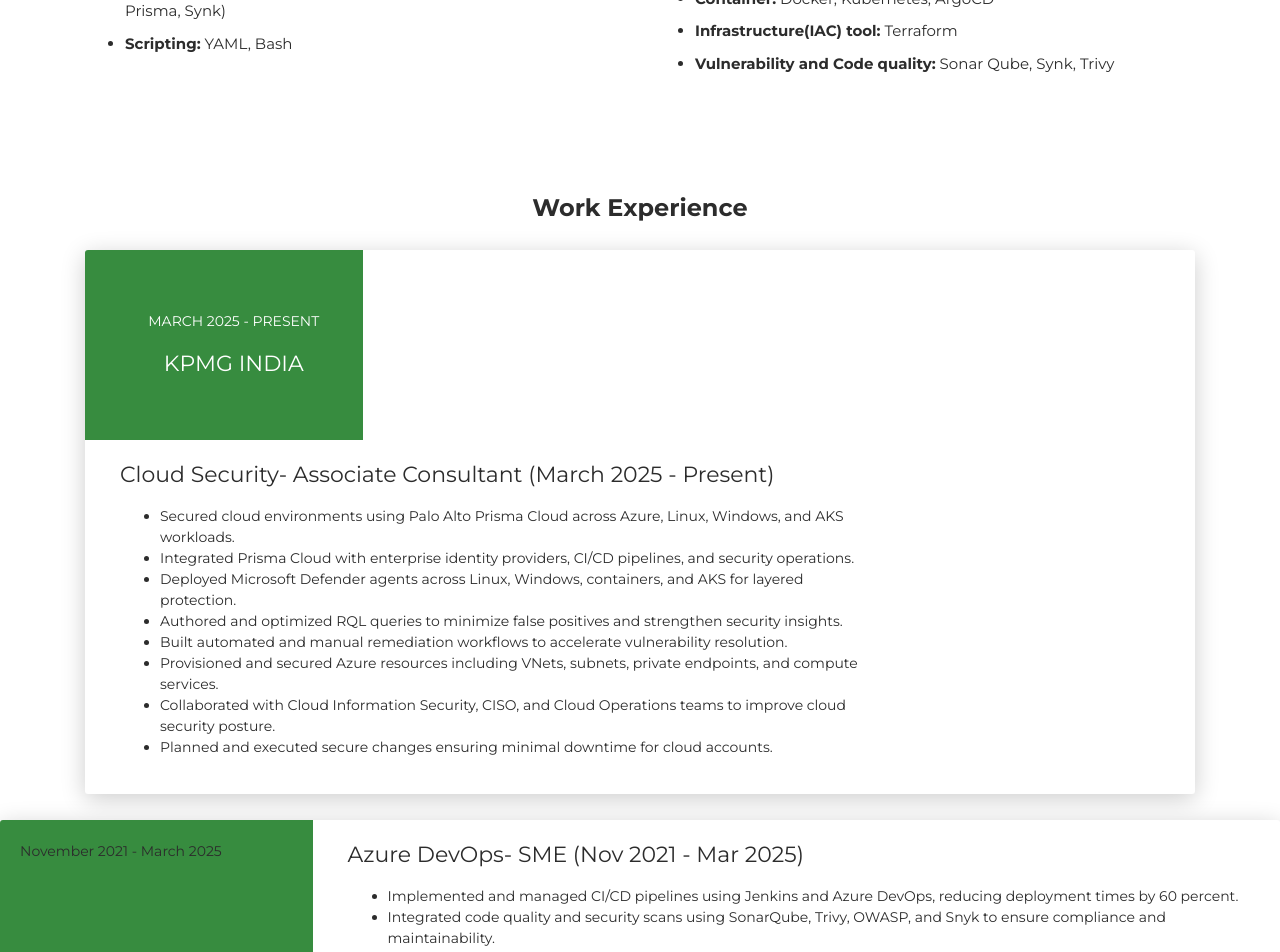
Repository: kparunsagar/kparunsagar.github.io
Page: index.html
The author's editor kept a copy of each file at every save. The page is drawn from the files as they stood at one save, then again after the next save.
The browser window is 1280 px wide. The pictures show the part of the page from y = 1149 to 2101 px (the page is 4654 px tall before and 4485 px after).
Some web libraries are served in a nearby version.

Above is the page before, as saved 2025-10-07 23:59:30.

### index.html
<!DOCTYPE html>
<html lang="en-US">
<head>
  <meta charset="UTF-8">
  <meta http-equiv="X-UA-Compatible" content="IE=edge">
  <meta name="viewport" content="width=device-width, initial-scale=1">
  <title>Arun Kumar KP</title>
  <link rel="icon" type="image/x-icon" href="images/logo.ico">
  <link href="https://fonts.googleapis.com/css?family=Montserrat:400,700,200" rel="stylesheet">
  <link href="https://maxcdn.bootstrapcdn.com/font-awesome/latest/css/font-awesome.min.css" rel="stylesheet">
  <link href="css/aos.css" rel="stylesheet">
  <link href="css/bootstrap.min.css" rel="stylesheet">
  <link href="css/main.css" rel="stylesheet">
  <noscript>
    <style type="text/css">
      [data-aos] {
          opacity: 1 !important;
          transform: translate(0) scale(1) !important;
      }
    </style>
  </noscript>
</head>
<body id="top">
<header>
  <div class="profile-page sidebar-collapse">
    <nav class="navbar navbar-expand-lg fixed-top navbar-transparent bg-primary" color-on-scroll="400">
      <div class="container">
        <div class="navbar-translate"><a class="navbar-brand" href="#" rel="tooltip"><img src="images/logo.ico"></a>
          <button class="navbar-toggler navbar-toggler" type="button" data-toggle="collapse" data-target="#navigation" aria-controls="navigation" aria-expanded="false" aria-label="Toggle navigation"><span class="navbar-toggler-bar bar1"></span><span class="navbar-toggler-bar bar2"></span><span class="navbar-toggler-bar bar3"></span></button>
        </div>
        <div class="collapse navbar-collapse justify-content-end" id="navigation">
          <ul class="navbar-nav">
            <li class="nav-item"><a class="nav-link smooth-scroll" href="#about">About</a></li>
            <li class="nav-item"><a class="nav-link smooth-scroll" href="#skill">Skills</a></li>
            <li class="nav-item"><a class="nav-link smooth-scroll" href="#experience">Experience</a></li>
            <li class="nav-item"><a class="nav-link smooth-scroll" href="#certification">Certifications</a></li>
            <li class="nav-item"><a class="nav-link smooth-scroll" href="#education">Education</a></li>
            <li class="nav-item"><a class="nav-link smooth-scroll" href="#contact">Contact</a></li>
          </ul>
        </div>
      </div>
    </nav>
  </div>
</header>
<div class="page-content">
  <div>
    <div class="profile-page">
      <div class="wrapper">
        <div class="page-header page-header-small" filter-color="green">
          <div class="page-header-image" data-parallax="true" style="background-image: url('images/cc-bg-1.jpg')"></div>
          <div class="container">
            <div class="content-center">
              <div class="cc-profile-image"><a href="#"><img src="images/arun.jpg" alt="Image"/></a></div>
              <div class="h2 title">Arun Kumar KP</div>
              <p class="category text-white"> Microsoft Certified Azure DevOps & Cloud Security Engineer</p><a class="btn btn-primary smooth-scroll mr-2" href="#contact" data-aos="zoom-in" data-aos-anchor="data-aos-anchor">Contact Me</a>
            </div>
          </div>
          <div class="section">
            <div class="container">
              <div class="button-container"><a class="btn btn-default btn-round btn-lg btn-icon" href="https://github.com/kparunsagar" target="_blank" rel="tooltip" title="Check me out on github"><i class="fa fa-github"></i></a><a class="btn btn-default btn-round btn-lg btn-icon" href="https://m.facebook.com/k_p_a_r_u_n/" target="_blank" rel="tooltip" title="Follow me on Facebook"><i class="fa fa-facebook"></i></a><a class="btn btn-default btn-round btn-lg btn-icon" href="https://www.linkedin.com/i n/arun kumar-kp- 6967791ab/  " target="_blank" rel="tooltip" title="Follow me on Linkedin"><i class="fa fa-linkedin"></i></a><a class="btn btn-default btn-round btn-lg btn-icon" href="https://instagram.com/k_p_a_r_u_n" target="_blank" rel="tooltip" title="Follow me on Instagram"><i class="fa fa-instagram"></i></a></div>
            </div>
          </div>
        </div>
      </div>
    </div>
    <div class="section" id="about">
      <div class="container">
        <div class="card" data-aos="fade-up" data-aos-offset="10">
          <div class="row">
            <div class="col-lg-12 col-md-2">
              <div class="card-body">
                <div class="h4 mt-0 title">About</div>
                <p>Hello! I am <b>Arun Kumar KP.</b></p>
                <p>Currently working as <b>Azure DevOps and Cloud Security Engineer</b>, specializing in <b>Managing Azure infrastructure, CI/CD and Securing cloud environments using Palo Alto Prisma Cloud across Azure and CWPP modules.</b>. Experienced in the Banking, Financial Services, and Isurance.
                   I excel in Securing the Cloud workload and make it complaince with various Security benchmarks. <b> Certified in Azure, Accuknox</b> , I possess a strong skill set in Designing and Implementing Microsoft DevOps Solutions.
              </div>
            </div>
          </div>
        </div>
      </div>
    </div>
    <div class="section" id="skill">
      <div class="container">
        <div class="h4 text-center mb-4 title">Professional Skills</div>
        <div class="row">
          <div class="col-md-6">
            <ul class="skills-list">
              <li><strong>Operating Systems:</strong> Linux, Windows</li>
              <li><strong>Azure Cloud:</strong> RBAC, Azure Compute, Azure Database, Azure Networking, Azure DevOps, Azure Policies, Azure Active directory</li>
              <li><strong>Integration:</strong> Jenkins, Azure Devops, Security tools( Sonarqube, Prisma, Synk)</li>
              <li><strong>Scripting:</strong> YAML, Bash</li>
            </ul>
          </div>
          <div class="col-md-6">
            <ul class="skills-list">
              <li><strong>Version Control:</strong> GitHub, SVN</li>
              <li><strong>Cloud Platforms:</strong> Azure</li>
              <li><strong>CSPM:</strong> Palo Alto Prisma Cloud</li>
              <li><strong>Container:</strong> Docker, Kubernetes, ArgoCD </li>
              <li><strong>Infrastructure(IAC) tool:</strong> Terraform </li>
              <li><strong>Vulnerability and Code quality:</strong> Sonar Qube, Synk, Trivy</li>
            </ul>
          </div>
        </div>
      </div>
    </div>
    <div class="section" id="experience">
      <div class="container cc-experience">
        <div class="h4 text-center mb-4 title">Work Experience</div>
        <div class="card">
            <div class="col-md-3 bg-primary" data-aos="fade-right" data-aos-offset="50" data-aos-duration="500">
              <div class="card-body cc-experience-header">
                <p>March 2025 - Present</p>
                <div class="h5">KPMG India</div>
              </div>
            </div>
            <div class="col-md-9" data-aos="fade-left" data-aos-offset="50" data-aos-duration="500">
              <div class="card-body">
                <div class="h5">Cloud Security- Associate Consultant (March 2025 - Present)</div>
                <ul>
                  <li>Secured cloud environments using Palo Alto Prisma Cloud across Azure, Linux, Windows, and AKS workloads.</li>
                  <li>Integrated Prisma Cloud with enterprise identity providers, CI/CD pipelines, and security operations. </li>
                  <li>Deployed Microsoft Defender agents across Linux, Windows, containers, and AKS for layered protection.</li>
                  <li>Authored and optimized RQL queries to minimize false positives and strengthen security insights. </li>
                  <li>Built automated and manual remediation workflows to accelerate vulnerability resolution. </li>
                  <li>Provisioned and secured Azure resources including VNets, subnets, private endpoints, and compute services. </li>
                  <li>Collaborated with Cloud Information Security, CISO, and Cloud Operations teams to improve cloud security
                      posture.</li>
                  <li>Planned and executed secure changes ensuring minimal downtime for cloud accounts. </li>
              </div>
            </div>
          </div>
        </div>
        <div class="card">
          <div class="row">
            <div class="col-md-3 bg-primary" data-aos="fade-right" data-aos-offset="50" data-aos-duration="500">
              <div class="card-body cc-experience-header">
                <p>November 2021 - March 2025</p>
                <div class="h5"></div>
              </div>
            </div>
            <div class="col-md-9" data-aos="fade-left" data-aos-offset="50" data-aos-duration="500">
              <div class="card-body">
                <div class="h5">Azure DevOps- SME (Nov 2021 - Mar 2025)</div>
                <ul>
                  <li>Implemented and managed CI/CD pipelines using Jenkins and Azure DevOps, reducing deployment times by 60
                      percent. </li>
                  <li>Integrated code quality and security scans using SonarQube, Trivy, OWASP, and Snyk to ensure compliance
                      and maintainability. </li>
                  <li>Designed and deployed Infrastructure-as-Code (IaC) with Terraform for Azure resources including VNets,
                      subnets, NSGs, private endpoints, VMs, VM Scale Sets, and AKS clusters. </li>
                  <li>Performed JBoss EAP installation and configuration using Ansible for middleware automation. </li>
                  <li>Applied advanced Azure Policy as Code, improving compliance to 100 percent and reducing vulnerabilities by 85
                      percent. </li>
              </div>
            </div>
          </div>
        </div>
      </div>
    </div>
    <div class="section" id="certification">
      <div class="container">
        <div class="row">
          <div class="col-md-6 ml-auto mr-auto">
            <div class="h4 text-center mb-4 title">Certifications</div>
            <div class="nav-align-center">
            </div>
          </div>
        </div>
        <div class="tab-content gallery mt-5" id="certificate-gallery">
          <!-- Initial four certificates will be loaded here -->
        </div>
        <div class="container">
          <div class="row" id="certificate-gallery"></div>
        </div>
        <div class="text-center mt-4">
          <button class="btn btn-primary" id="load-more-btn">Load More</button>
          <button class="btn btn-secondary" id="load-less-btn" style="display: none;">Load Less</button>
        </div>
      </div>
    </div>
    <div class="section" id="education">
      <div class="container cc-education">
        <div class="h4 text-center mb-4 title">Education</div>
        <div class="card">
          <div class="row">
            <div class="col-md-3 bg-primary" data-aos="fade-right" data-aos-offset="50" data-aos-duration="500">
              <div class="card-body cc-education-header">
                <p>2017 - 2021</p>
                <div class="h5">Bachelor's Degree</div>
              </div>
            </div>
            <div class="col-md-9" data-aos="fade-left" data-aos-offset="50" data-aos-duration="500">
              <div class="card-body">
                <div class="h5">Civil Engineering</div>
                <p class="category">Visvesvaraya Technological University</p>
                <p>Secured a CGPA of 8.3 out of 10.</p>
              </div>
            </div>
          </div>
        </div>
      </div>
    </div>
    <div class="section" id="contact">
      <div class="cc-contact-information" style="background-image: url('images/staticmap.png');">
        <div class="container">
          <div class="cc-contact">
            <div class="row">
              <div class="col-md-9">
                <div class="card mb-0" data-aos="zoom-in">
                  <div class="h4 text-center title">Contact Me</div>
                  <div class="row">
                    <div class="col-md-6">
                      <div class="card-body">
                        <form action="https://formspree.io/f/mlekjwop" method="POST">
                          <div class="p pb-3"><strong>Feel free to contact me </strong></div>
                          <div class="row mb-3">
                            <div class="col">
                              <div class="input-group"><span class="input-group-addon"><i class="fa fa-user-circle"></i></span>
                                <input class="form-control" type="text" name="name" placeholder="Name" required="required"/>
                              </div>
                            </div>
                          </div>
                          <div class="row mb-3">
                            <div class="col">
                              <div class="input-group"><span class="input-group-addon"><i class="fa fa-file-text"></i></span>
                                <input class="form-control" type="text" name="Subject" placeholder="Subject" required="required"/>
                              </div>
                            </div>
                          </div>
                          <div class="row mb-3">
                            <div class="col">
                              <div class="input-group"><span class="input-group-addon"><i class="fa fa-envelope"></i></span>
                                <input class="form-control" type="email" name="_replyto" placeholder="E-mail" required="required"/>
                              </div>
                            </div>
                          </div>
                          <div class="row mb-3">
                            <div class="col">
                              <div class="form-group">
                                <textarea class="form-control" name="message" placeholder="Your Message" required="required"></textarea>
                              </div>
                            </div>
                          </div>
                          <div class="row">
                            <div class="col">
                              <button class="btn btn-primary" type="submit">Send</button>
                            </div>
                          </div>
                        </form>
                      </div>
                    </div>
                    <div class="col-md-6">
                      <div class="card-body">
                        <p class="mb-0"><strong>Address </strong></p>
                        <p class="pb-2">Bengaluru, Karnataka, India</p>
                        <p class="mb-0"><strong>Email</strong></p>
                        <<!--<p>krrahulraj007@gmail.com</p> -->
                      </div>
                    </div>
                  </div>
                </div>
              </div>
            </div>
          </div>
        </div>
      </div>
    </div>
  </div>
</div>
<footer class="footer">
  <div class="container text-center">
    <a class="cc-github btn btn-link" href="https://github.com/kparunsagar" target="_blank" rel="noopener noreferrer"><i class="fa fa-github fa-2x " aria-hidden="true"></i></a>
    <a class="cc-linkedin btn btn-link" href="https://www.linkedin.com/i n/arun kumar-kp- 6967791ab/  " target="_blank" rel="noopener noreferrer"><i class="fa fa-linkedin fa-2x " aria-hidden="true"></i></a>
    <a class="cc-facebook btn btn-link" href="https://m.facebook.com/arunpavaskar/" target="_blank" rel="noopener noreferrer"><i class="fa fa-facebook fa-2x " aria-hidden="true"></i></a>
    <a class="cc-instagram btn btn-link" href="https://instagram.com/k_p_a_r_u_n" target="_blank" rel="noopener noreferrer"><i class="fa fa-instagram fa-2x " aria-hidden="true"></i></a>
  </div>
  <div class="h4 title text-center">Arun Kumar KP</div>
</footer>
<script src="js/core/jquery.3.2.1.min.js"></script>
<script src="js/core/popper.min.js"></script>
<script src="js/core/bootstrap.min.js"></script>
<script src="js/now-ui-kit.js?v=1.1.0"></script>
<script src="js/aos.js"></script>
<script src="scripts/main.js"></script>
</body>
</html>

### scripts/main.js
// Add your javascript here
// Don't forget to add it into respective layouts where this js file is needed

$(document).ready(function() {
  AOS.init( {
    // uncomment below for on-scroll animations to played only once
    // once: true
  }); // initialize animate on scroll library
});

// Smooth scroll for links with hashes
$('a.smooth-scroll')
.click(function(event) {
  // On-page links
  if (
    location.pathname.replace(/^\//, '') == this.pathname.replace(/^\//, '')
    &&
    location.hostname == this.hostname
  ) {
    // Figure out element to scroll to
    var target = $(this.hash);
    target = target.length ? target : $('[name=' + this.hash.slice(1) + ']');
    // Does a scroll target exist?
    if (target.length) {
      // Only prevent default if animation is actually gonna happen
      event.preventDefault();
      $('html, body').animate({
        scrollTop: target.offset().top
      }, 1000, function() {
        // Callback after animation
        // Must change focus!
        var $target = $(target);
        $target.focus();
        if ($target.is(":focus")) { // Checking if the target was focused
          return false;
        } else {
          $target.attr('tabindex','-1'); // Adding tabindex for elements not focusable
          $target.focus(); // Set focus again
        };
      });
    }
  }
});


// Sample certificate data (replace with your actual certificate data)
const certificates = [
  { name: "Az-900", description: "Azure Fundamentals", imageUrl: "images/cert/az_fun.jpg" },
  { name: "Az-204", description: "Azure Developer associate", imageUrl: "images/cert/az_dev.png" },
  { name: "Transcript", description: "Azure all certificates", imageUrl: "images/cert/Az_devops.png" },
  { name: "Az-500", description: "Azure security engineer associate", imageUrl: "images/cert/Az_security.png" },
  { name: "Accuknox", description: "Accuknox security awareness", imageUrl: "images/cert/Accuknox.png" },
  // Add more certificate objects as needed
];

let displayedCertificates = 4; // Initial number of certificates displayed

// Function to load certificates
function loadCertificates(startIndex, count) {
  const certificateGallery = document.getElementById('certificate-gallery');
  // Clear previous certificates
  certificateGallery.innerHTML = '';
  // Loop through the certificates to be loaded
  for (let i = startIndex; i < startIndex + count && i < certificates.length; i += 2) {
    const certificate1 = certificates[i];
    const certificate2 = certificates[i + 1];
    const row = document.createElement('div');
    row.className = 'row';
    if (certificate1) {
      const certificateHtml1 = `
        <div class="col-md-6">
          <div class="cc-porfolio-image img-raised" data-aos="fade-up" data-aos-anchor-placement="top-bottom">
            <a href="#certificate${i + 1}">
              <figure class="cc-effect"><img src="${certificate1.imageUrl}" alt="Certificate Image"/>
                <figcaption>
                  <div class="h4">${certificate1.name}</div>
                  <p>${certificate1.description}</p>
                </figcaption>
              </figure>
            </a>
          </div>
        </div>
      `;
      row.innerHTML += certificateHtml1;
    }
    if (certificate2) {
      const certificateHtml2 = `
        <div class="col-md-6">
          <div class="cc-porfolio-image img-raised" data-aos="fade-up" data-aos-anchor-placement="top-bottom">
            <a href="#certificate${i + 2}">
              <figure class="cc-effect"><img src="${certificate2.imageUrl}" alt="Certificate Image"/>
                <figcaption>
                  <div class="h4">${certificate2.name}</div>
                  <p>${certificate2.description}</p>
                </figcaption>
              </figure>
            </a>
          </div>
        </div>
      `;
      row.innerHTML += certificateHtml2;
    }
    certificateGallery.appendChild(row);
  }
}


// Load initial certificates
loadCertificates(0, displayedCertificates);

// Event listener for "Load More" button
document.getElementById('load-more-btn').addEventListener('click', function() {
  displayedCertificates += 4;
  loadCertificates(0, displayedCertificates); // Reload all certificates
  document.getElementById('load-more-btn').style.display = 'none'; // Hide Load More button
  document.getElementById('load-less-btn').style.display = 'inline-block'; // Show Load Less button
});

// Event listener for "Load Less" button
document.getElementById('load-less-btn').addEventListener('click', function() {
  displayedCertificates = 4; // Reset to initial count
  loadCertificates(0, displayedCertificates); // Reload initial certificates
  document.getElementById('load-more-btn').style.display = 'inline-block'; // Show Load More button
  document.getElementById('load-less-btn').style.display = 'none'; // Hide Load Less button
});

Loaded but not shown: css/aos.css (library); css/bootstrap.min.css (library); css/main.css (library); js/core/jquery.3.2.1.min.js (library); js/core/popper.min.js (library); js/core/bootstrap.min.js (library); js/aos.js (library); js/now-ui-kit.js (237 lines, source omitted)

After the next save:
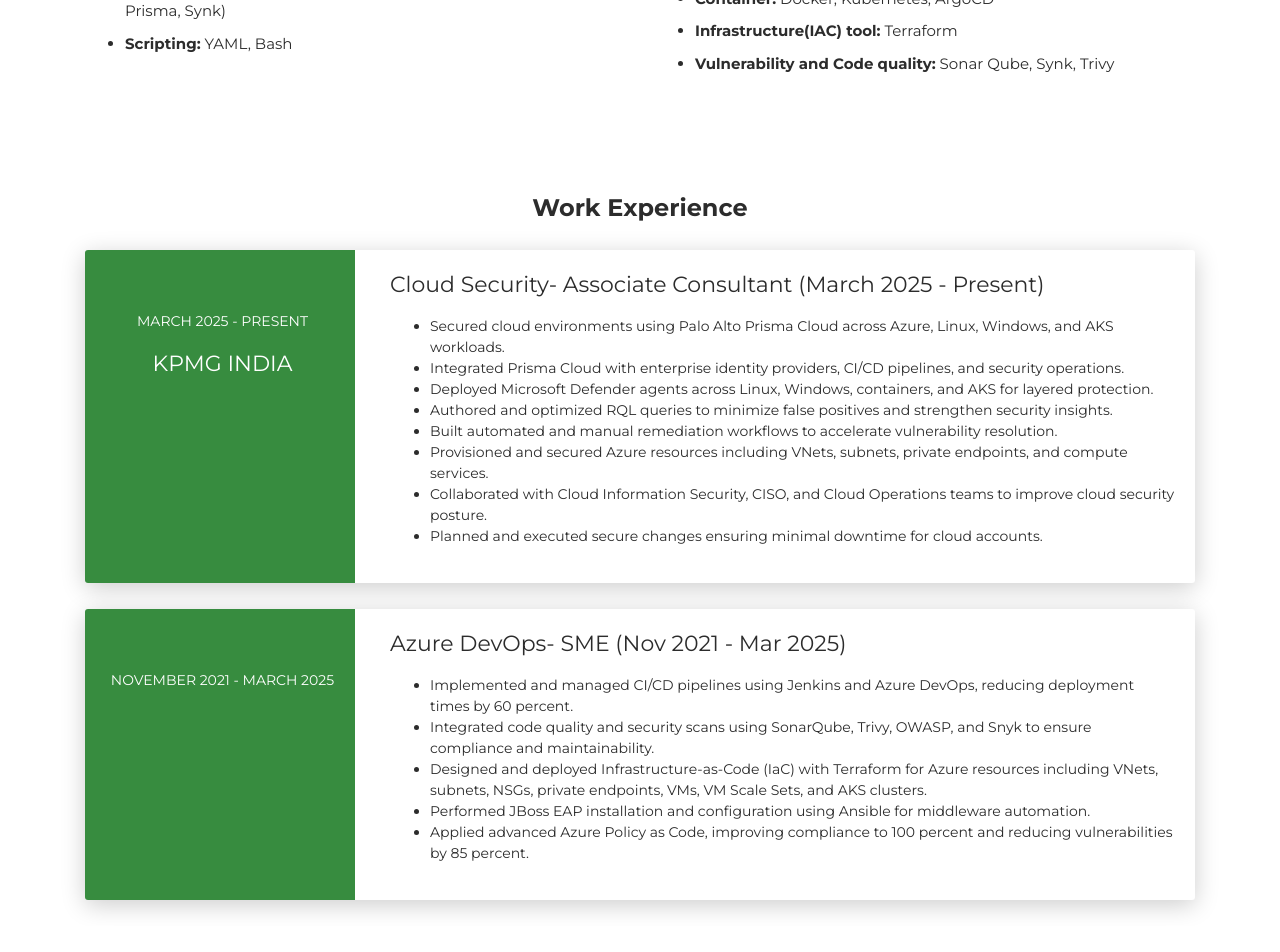
Saved 18 min 33 s later.
--- a/index.html
+++ b/index.html
@@ -108,6 +108,7 @@
       <div class="container cc-experience">
         <div class="h4 text-center mb-4 title">Work Experience</div>
         <div class="card">
+          <div class="row">
             <div class="col-md-3 bg-primary" data-aos="fade-right" data-aos-offset="50" data-aos-duration="500">
               <div class="card-body cc-experience-header">
                 <p>March 2025 - Present</p>
@@ -192,9 +193,9 @@
             </div>
             <div class="col-md-9" data-aos="fade-left" data-aos-offset="50" data-aos-duration="500">
               <div class="card-body">
-                <div class="h5">Civil Engineering</div>
+                <div class="h5">Mechanical Engineering</div>
                 <p class="category">Visvesvaraya Technological University</p>
-                <p>Secured a CGPA of 8.3 out of 10.</p>
+                <p>Secured a CGPA of 8.03 out of 10.</p>
               </div>
             </div>
           </div>
